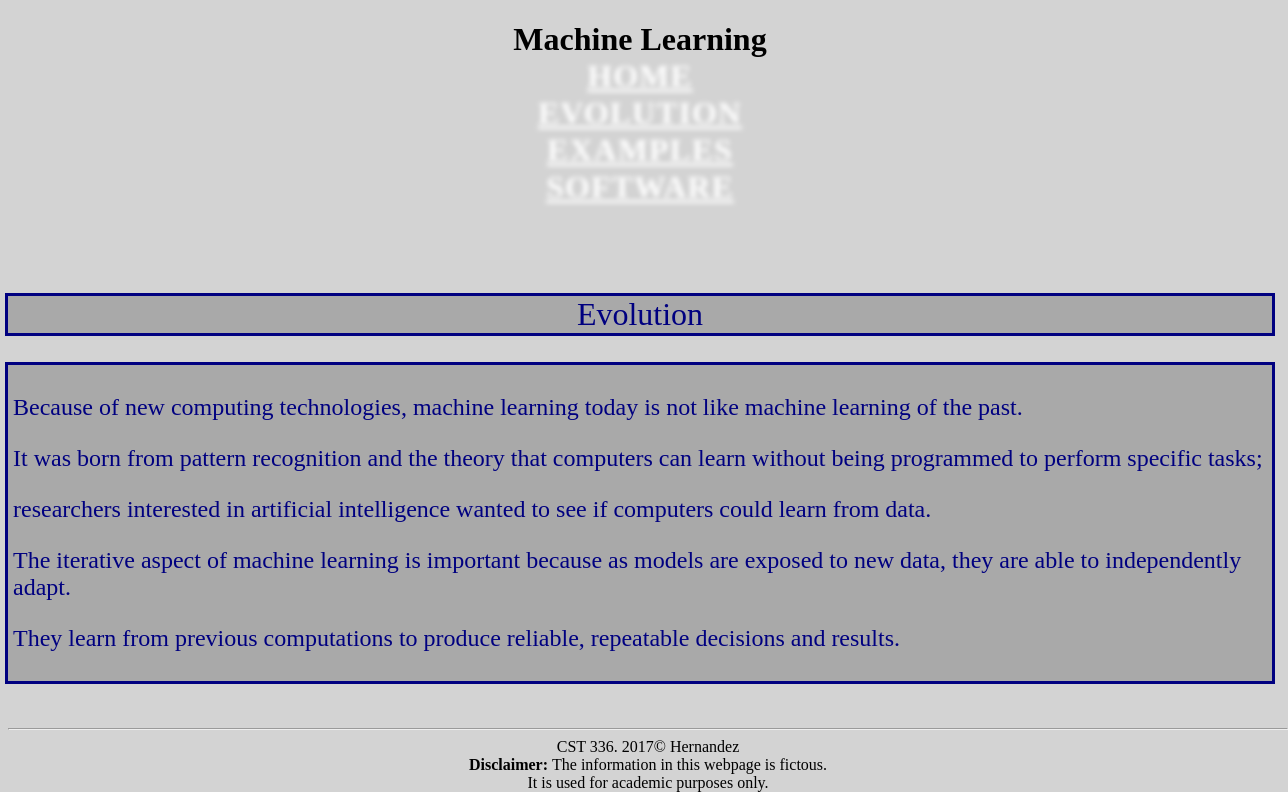
Repository: TheRealCisco/f2017CST336
Page: Homework/evolution.html
The author's editor kept a record of every edit. The page is drawn from the files as they stood at one moment, then again after the next edit.
The browser window is 1280 px wide. The page is 1288 px wide, so the pictures cover 1288 px, including what lies to the right of the window. The pictures show the whole page.

Above is the page before.

### Homework/evolution.html
<!DOCTYPE html>
<html>

    <head>

        <meta charset="utf-8"/>
        <title>
           Machine Learning
        </title>
        <link href="css/style.css" rel="stylesheet" type="text/css" />
        <link href="https://fonts.googleapis.com/css?family=Pacifico" rel="stylesheet">
    </head>

    <body>
        <header>
            <h1>
                Machine Learning
                <ul class="bmenu">
	                <li><a href="index.html">Home</a></li>
	                <li><a href="evolution.html">Evolution</a></li>
	                <li><a href="examples.html">Examples</a></li>
	                 <li><a href="software.html">Software</a></li>
                </ul>
            </h1>
        </header>

        <br /><br />

        <main>
             <div id="et">
                <p>
                Evolution
                </p>
            </div>
           <div id="evoText">

                <p>
                    Because of new computing technologies, machine learning today is not like machine learning of the past.
                </p>
                <p>
                    It was born from pattern recognition and the theory that computers can learn without being programmed to perform specific tasks;
                </p>
                <p>
                    researchers interested in artificial intelligence wanted to see if computers could learn from data.
                </p>
                <p>
                    The iterative aspect of machine learning is important because as models are exposed to new data, they are able to independently adapt.
                </p>
                <p>
                    They learn from previous computations to produce reliable, repeatable decisions and results.
                </p>

            </div>
        </main>



    </body>
    <footer>
        <hr>
            CST 336. 2017&copy; Hernandez <br />
        <strong>
            Disclaimer:
        </strong>
            The information in this webpage is fictous.
        <br />
            It is used for academic purposes only.


    </footer>

</html>

### Homework/css/style.css
body{
    background-color:lightgrey;


}

header,main,nav,footer{
    text-align:center;
    color:black;


}
main{

    text-align:center;
}
#mainText{
    color:navy;
    font-size:2em;
    text-align:left;
    display:table-cell;
    padding: 5px;
    outline-style: solid;
    outline-color: navy;
    background-color:darkgrey;
}
#robot{
    float:right;
}
#evoText{
    color:navy;
    font-size:1.5em;
    text-align:left;
    display: table-cell;
    padding: 5px;
    outline-style: solid;
    outline-color: navy;
    background-color:darkgrey;
}
#et{
    color:navy;
    font-family: Satisfy, cursive;
    font-weight:normal;

    font-size: 2em;
    padding:0px;
    outline-style: solid;
    outline-color: navy;
    background-color:darkgrey;

}
#exampleText{
    color:navy;
    text-align:left;
    font-size:1em;
    display: table-cell;
    padding: 5px;
    outline-style: solid;
    outline-color: navy;
    background-color:darkgrey;

}
#exampleText2{
    text-align: left;
    font-size:1em;
    color:navy;
    display: table-cell;
    padding: 5px;
    outline-style: solid;
    outline-color: navy;
    background-color:darkgrey;

}
.bmenu{
    padding: 0px;
    margin: 0 0 10px 0;
    position: relative;
}
.bmenu li{
    font-size: 1.0em;
    display: block;
}
.bmenu li a{
	color: transparent;
	display: block;
	text-transform: uppercase;
	text-shadow: 0px 0px 5px #fff;
	letter-spacing: 1px;
	-webkit-transition: all 0.3s ease-in-out;
	-moz-transition: all 0.3s ease-in-out;
	-o-transition: all 0.3s ease-in-out;
	-ms-transition: all 0.3s ease-in-out;
	transition: all 0.3s ease-in-out;
}

.bmenu li a:hover{
	color: #fff;
	text-shadow: 0px 0px 1px #fff;
	padding-left: 10px;
}
.bmenu li a:hover{
	background: transparent;
	text-shadow: 1px 1px 10px rgba(89,22,20,0.6);
	color: #581514;
}
footer{
 position:absolute;
   bottom:0;
   width:100%;
   height:0px;
}
#softwareText{
    color:navy;
    font-size:1.5em;
    text-align:left;
    display: table-cell;
    padding: 5px;
    outline-style: solid;
    outline-color: navy;
    background-color:darkgrey;
}
#softwareText2{
    color:navy;
    font-size:1.5em;
    text-align:left;
    display: table-cell;
    padding: 5px;
    outline-style: solid;
    outline-color: navy;
    background-color:darkgrey;
}
#ims{
    float:right;
    padding-right: 60px;
}
#imd{
    float:right;
    padding-right: 60px;
}
#imo{
    float:right;
    padding-right: 60px;
}
#img{
float:right;

}
#imm{
    float:right;
}

After the next edit:
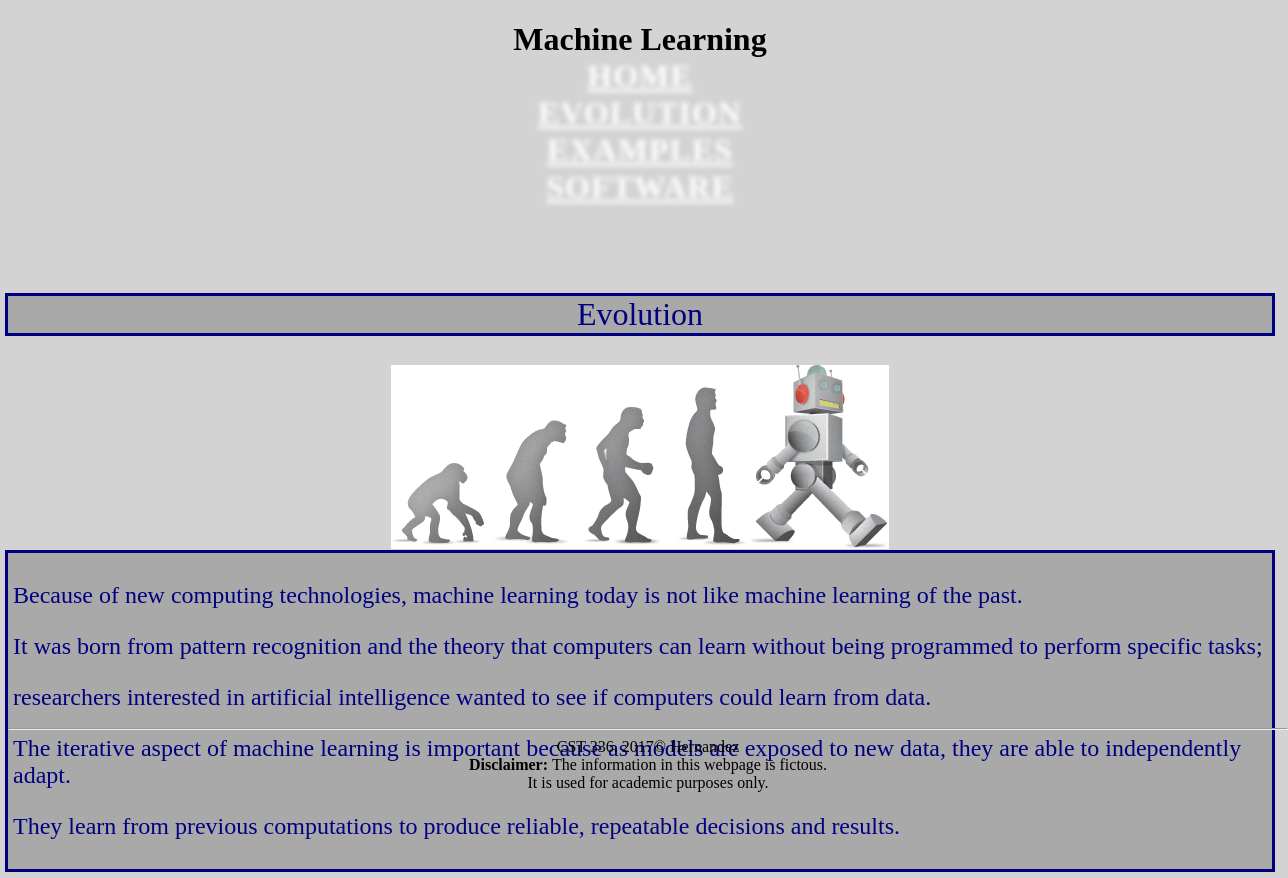
The edit:
--- a/Homework/evolution.html
+++ b/Homework/evolution.html
@@ -32,6 +32,7 @@
                 Evolution
                 </p>
             </div>
+            <img src="images/evor.png"/>
            <div id="evoText">
 
                 <p>
